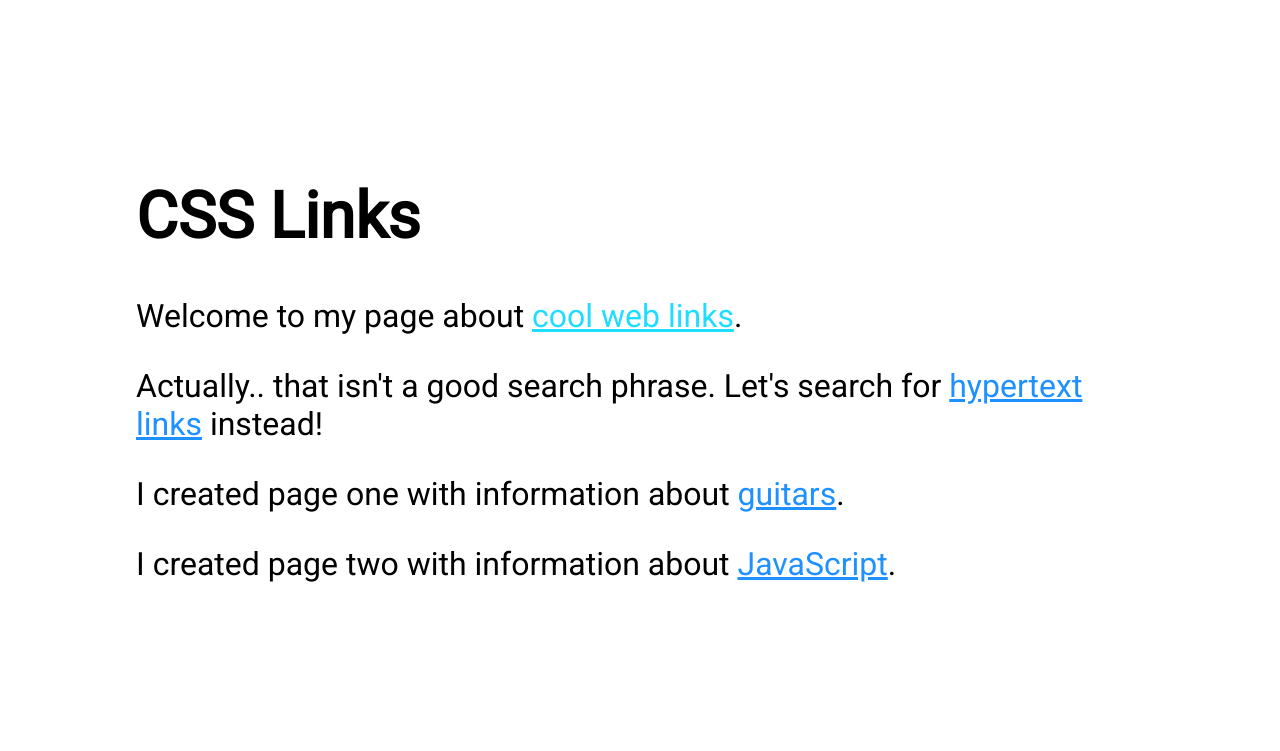
Repository: madhurik9999/Css
Page: index.html
These files come from the project's save history. The page is drawn as it stood at one moment and after the next save; the edit follows.
The browser window is 1280 px wide. The pictures show the whole page.
The pointer rests on the first visible `a`.

Above is the page before, as saved 2023-12-11 12:01:50.

### index.html
<!DOCTYPE html>
<html lang="en">

<head>
    <meta charset="UTF-8">
    <meta http-equiv="X-UA-Compatible" content="IE=edge">
    <meta name="viewport" content="width=device-width, initial-scale=1.0">
    <title>CSS Links</title>
    <link rel="stylesheet" href="styles/style.css">
</head>

<body>
    <header>
        <h1>CSS Links</h1>
    </header>
    <main>
        <p>Welcome to my page about <a href="https://www.google.com/search?q=+web+links">cool web links</a>.</p>

        <p>Actually.. that isn&apos;t a good search phrase. Let's search for <a
                href="https://www.google.com/search?q=hypertext+links">hypertext links</a> instead!</p>

        <p>I created page one with information about <a href="one.html">guitars</a>.</p>

        <p>I created page two with information about <a href="two.html">JavaScript</a>.</p>
    </main>
</body>

</html>

### styles/style.css
/* Links: Active,
hover,
visited,
focus  */
@import url('https://fonts.googleapis.com/css2?family=Roboto&display=swap');

body {
    padding: 10%;
    font-size: 2rem;
    font-family: 'Roboto', sans-serif;
}


a {
    color: dodgerblue;
}

a:hover,
a:focus {
    color: hsl(189, 100%, 56%);
}

a:visited {
    color: purple;
}

a:active {
    color: pink;
}

After the next save:
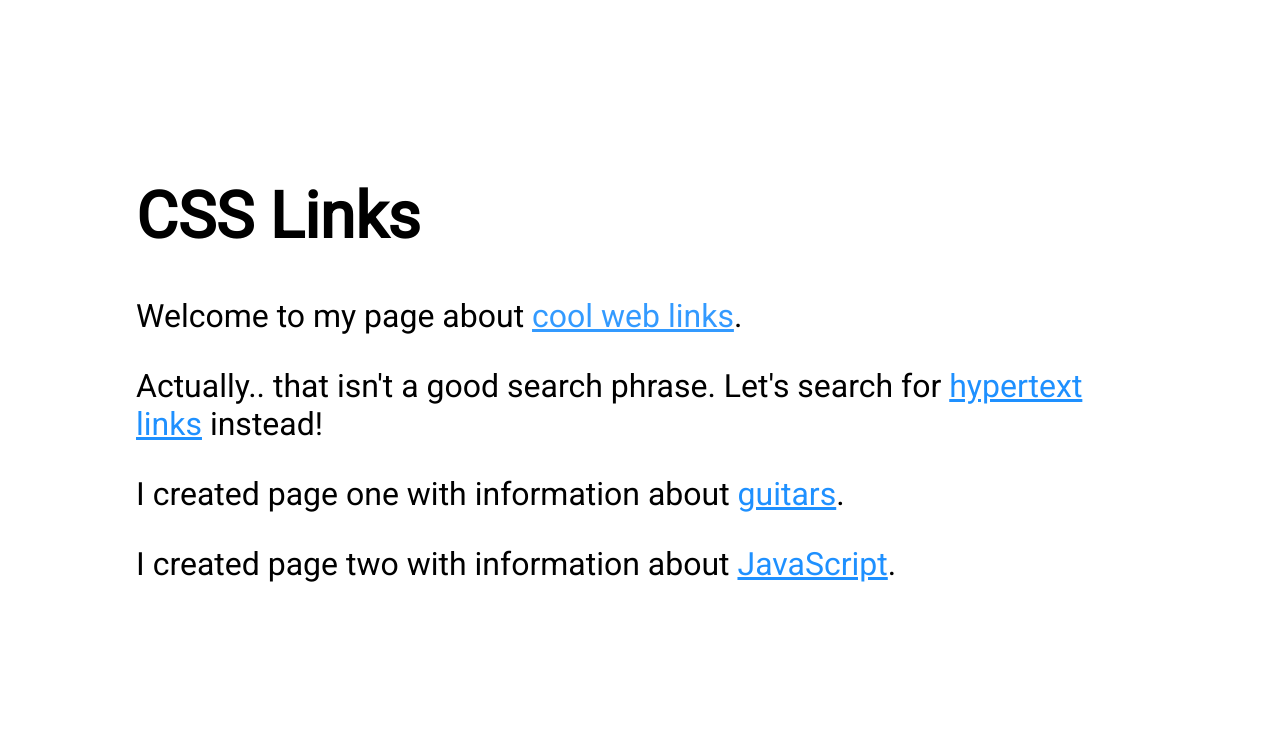
Saved 31 s later.
--- a/styles/style.css
+++ b/styles/style.css
@@ -17,7 +17,8 @@ a {
 
 a:hover,
 a:focus {
-    color: hsl(189, 100%, 56%);
+    /* color: hsl(189, 100%, 56%); */
+    opacity: 0.9;
 }
 
 a:visited {
